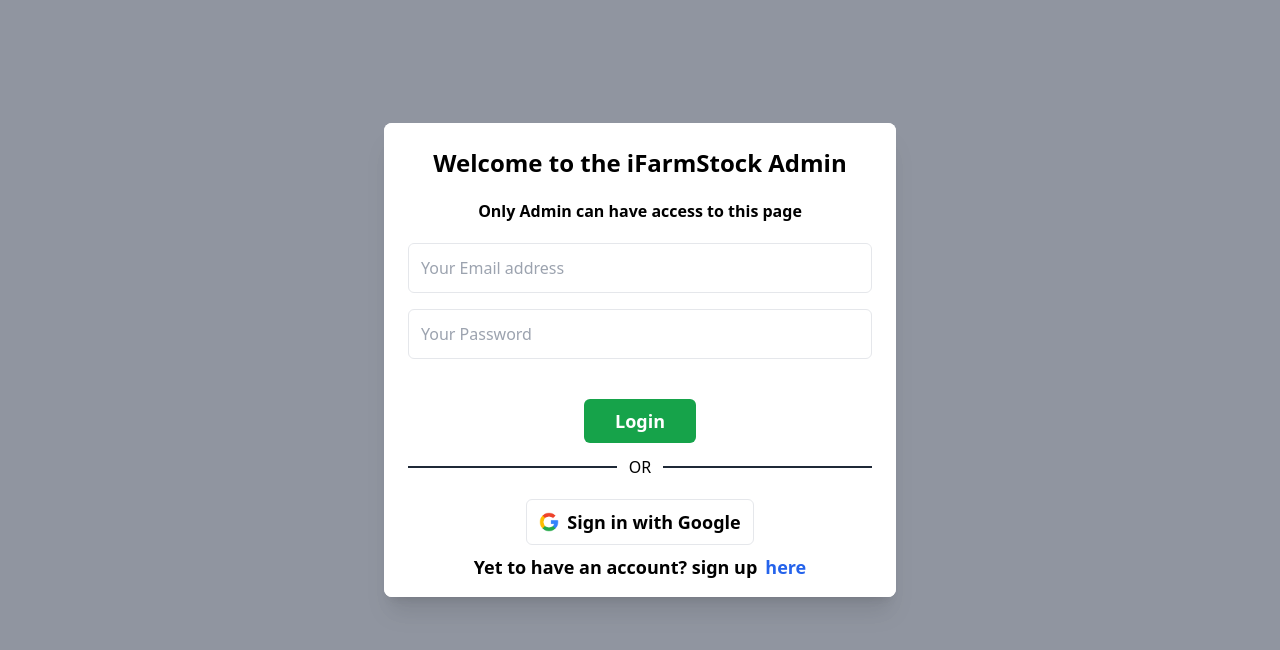
Repository: IssaMuiz/ifarmstock-admin
Page: /
An editor plug-in stored every save of this project. The page is shown before and after the next save, followed by the edit.
The browser window is 1280 px wide. The pictures show the whole page.
The project was rebuilt for these pictures with package versions that can differ from the ones it lists, and the page was loaded fresh each time. The framework's server and built-in components were replaced by stand-ins that run in the browser. Also part of the build but not shown: next.config.mjs, components/spinner.tsx.

Above is the page before, as saved 2024-09-28 04:30:12.

After the next save:
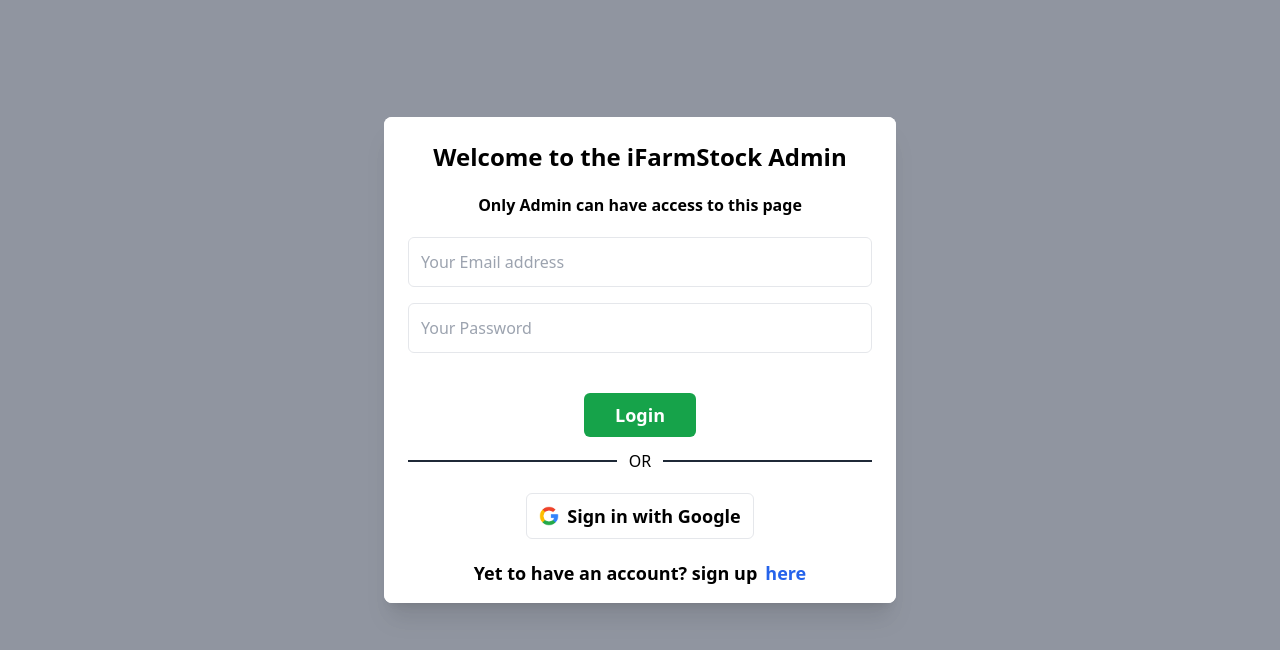
Saved 3 min 55 s later.
--- a/app/page.tsx
+++ b/app/page.tsx
@@ -137,7 +137,7 @@
                 </div>
                 <div
                   onClick={() => signIn("google")}
-                  className=" w-max p-2 text-black border text-lg rounded-md flex gap-2 items-center font-semibold mx-auto mt-2 hover:bg-green-300 hover:text-white  px-3 hover:shadow-lg"
+                  className=" w-max p-2 text-black border text-lg rounded-md cursor-pointer flex gap-2 items-center font-semibold mx-auto mt-2 hover:bg-green-500 hover:text-white  px-3 hover:shadow-lg"
                 >
                   <Image
                     src="/assets/images/google-image.png"
@@ -147,7 +147,7 @@
                   />
                   <span>Sign in with Google</span>
                 </div>
-                <div className="text-center font-semibold text-lg mt-2">
+                <div className="text-center font-semibold text-lg mt-5">
                   Yet to have an account? sign up
                   <Link
                     href="/signup"
